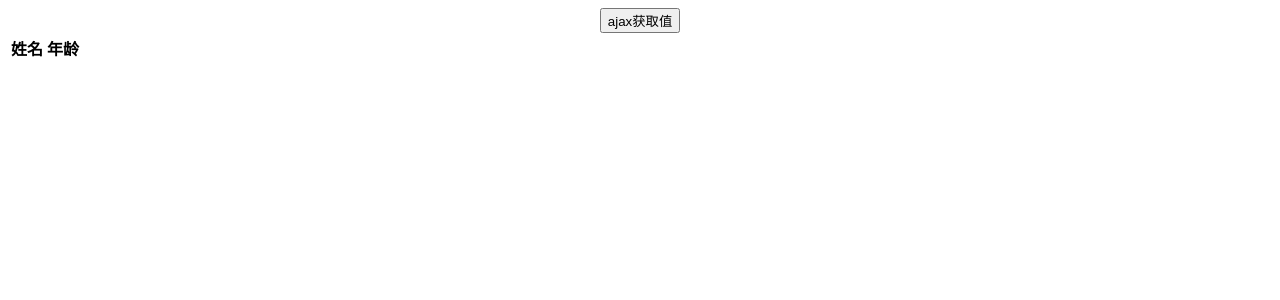
Repository: jsjchai/springmvc_study
Page: http://localhost/ajax03_json_array/
These files come from the project's save history. The page is drawn as it stood at one moment and after the next save; the edit follows.
The browser window is 1280 px wide. The pictures show the whole page.
The page is served by Tomcat 9.

Above is the page before, as saved 2015-04-08 13:43:11.

After the next save:
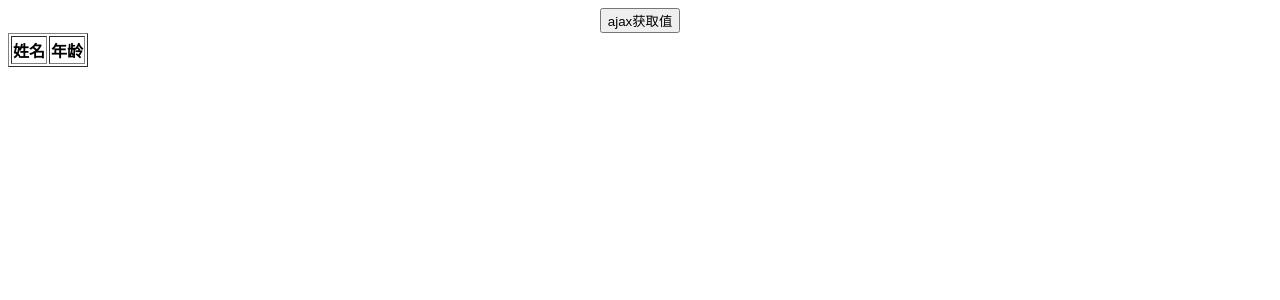
Saved 23 s later.
--- a/springmvc/Ajax&Json/ajax03_json_array/WebContent/index.jsp
+++ b/springmvc/Ajax&Json/ajax03_json_array/WebContent/index.jsp
@@ -31,7 +31,7 @@
 	<div style="text-align: center;">
 		<div>
 			<input type="button" id="button" value="ajax获取值" onclick="getArray()">
-			<table id="tab">
+			<table id="tab" border="1">
 				<tr>
 					<th>姓名</th>
 					<th>年龄</th>
